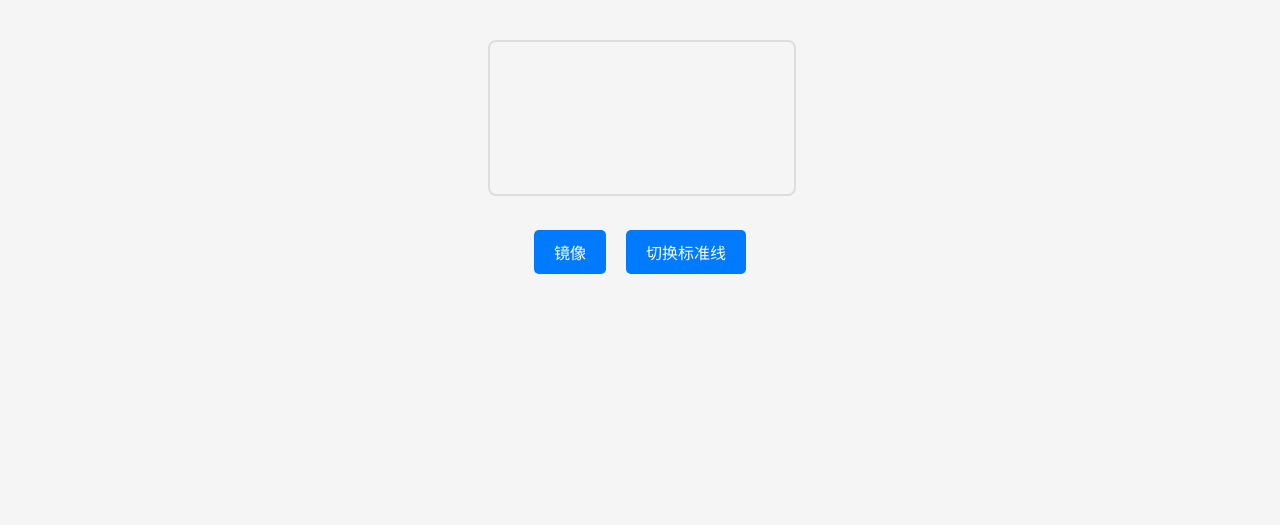
Repository: shasha333333/mirrorOnVue
Page: /
These files come from the project's save history. The page is drawn as it stood at one moment and after the next save; the edit follows.
The browser window is 1280 px wide. The pictures show the whole page.
The page's requests for data from a server got no answer. The project was rebuilt for these pictures with package versions that can differ from the ones it lists, and the page was loaded fresh each time. No one was signed in, and anything a server would have sent is missing. Also part of the build but not shown: vue.config.js.

Above is the page before, as saved 2024-11-18 21:25:49.

### src/App.vue
<template>
  <CameraApp />
</template>

<script>
import CameraApp from './components/CameraApp.vue';

export default {
  name: "App",
  components: {
    CameraApp,
  },
};
</script>

<style>
/* 全局样式可以根据需要调整 */
body {
  margin: 0;
  font-family: Arial, sans-serif;
  background-color: #f5f5f5;
}
</style>

### src/components/CameraApp.vue
<template>
  <div class="camera-app" id="camera-app">
    <div class="camera-container">
      <video
        ref="video"
        :class="{ mirrored: isMirrored }"
        autoplay
        width="100%"
        height="auto"
      ></video>
      <!-- Canvas 用于绘制标准线 -->
      <canvas ref="canvas" class="overlay"></canvas>
    </div>
    <div class="controls">
      <button @click="toggleMirror">镜像</button>
      <button @click="toggleLines">切换标准线</button>
    </div>
  </div>
</template>

<script>
export default {
  data() {
    return {
      showLines: false, // 控制标准线的显示与隐藏
      isMirrored: false, // 控制是否开启镜像
    };
  },
  methods: {
    // 获取摄像头流并开始播放
    async startCamera() {
      try {
        const stream = await navigator.mediaDevices.getUserMedia({ video: true });
        this.$refs.video.srcObject = stream;

        // 等待视频加载后设置 canvas 尺寸
        this.$refs.video.onloadedmetadata = () => {
          this.drawLines();
        };
      } catch (error) {
        console.error("无法访问摄像头:", error);
      }
    },

    // 切换标准线的显示与隐藏
    toggleLines() {
      this.showLines = !this.showLines;
      this.drawLines(); // 在切换时绘制/清除标准线
    },

    // 绘制标准线
    drawLines() {
      const canvas = this.$refs.canvas;
      const context = canvas.getContext("2d");
      const video = this.$refs.video;

      // 确保 canvas 大小与 video 一致
      canvas.width = video.videoWidth;
      canvas.height = video.videoHeight;

      // 清空画布
      context.clearRect(0, 0, canvas.width, canvas.height);

      if (this.showLines) {
        // 设置绘制标准线的样式
        context.strokeStyle = "#007bff"; // 蓝色，50%透明度
        context.lineWidth = 2;

        const fixX = 20; // 修正参数
        const offsetX = 0; // 水平偏移 100px
        const offsetY = 150; // 垂直偏移 50px

        // 画竖直标准线
        context.beginPath();
        context.moveTo(canvas.width / 2 + offsetX, fixX);
        context.lineTo(canvas.width / 2 + offsetX, canvas.height + fixX);
        context.stroke();

        // 画水平标准线
        context.beginPath();
        context.moveTo(0, canvas.height / 2 + offsetY);
        context.lineTo(canvas.width, canvas.height / 2 + offsetY);
        context.stroke();


        // 可以添加更多的标准线样式，如斜线或其他
      }
    },

    // 切换镜像效果
    toggleMirror() {
      this.isMirrored = !this.isMirrored; // 切换镜像状态
    },
  },
  mounted() {
    this.startCamera(); // 组件挂载时启动摄像头
  },
  watch: {
    showLines() {
      this.drawLines(); // 在切换时绘制标准线
    }
  }
};
</script>

<style scoped>
.overlay {
  position: absolute;
  top: 0;
  left: 0;
  pointer-events: none; /* 禁止 Canvas 和视频的交互 */
}
#camera-app {
  text-align: center;
  font-family: Arial, sans-serif;
  padding: 20px;
}

.camera-container {
  position: relative;
  display: inline-block;
}

video {
  border: 2px solid #ddd;
  border-radius: 8px;
  margin: 20px 0;
  object-fit: cover;
}

.mirrored {
  transform: scaleX(-1); /* 实现镜像效果 */
}

button {
  margin: 10px;
  padding: 10px 20px;
  border: none;
  background-color: #007bff;
  color: white;
  font-size: 16px;
  border-radius: 5px;
  cursor: pointer;
}

button:hover {
  background-color: #0056b3;
}
</style>

Loaded but not shown: public/index.html (common file); src/main.js (common file)

After the next save:
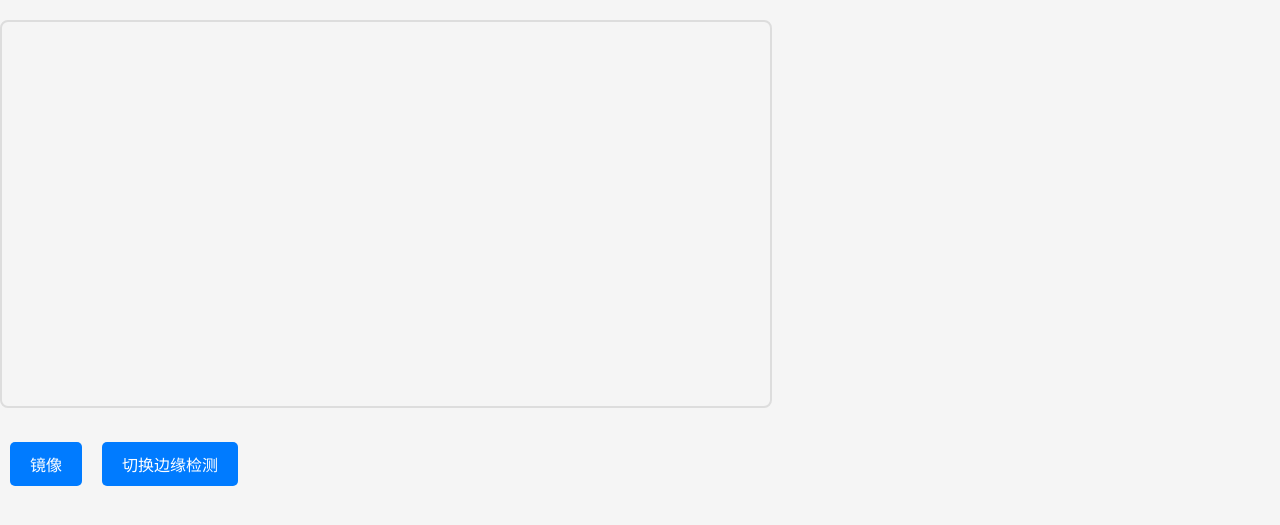
Saved 10 min 50 s later.
--- a/src/components/CameraApp.vue
+++ b/src/components/CameraApp.vue
@@ -1,19 +1,19 @@
 <template>
-  <div class="camera-app" id="camera-app">
+  <div class="camera-app">
     <div class="camera-container">
       <video
         ref="video"
         :class="{ mirrored: isMirrored }"
         autoplay
-        width="100%"
+        width="60%"
         height="auto"
       ></video>
-      <!-- Canvas 用于绘制标准线 -->
+      <!-- Canvas 用于绘制边缘检测结果 -->
       <canvas ref="canvas" class="overlay"></canvas>
     </div>
     <div class="controls">
       <button @click="toggleMirror">镜像</button>
-      <button @click="toggleLines">切换标准线</button>
+      <button @click="toggleEdgeDetection">切换边缘检测</button>
     </div>
   </div>
 </template>
@@ -22,8 +22,8 @@
 export default {
   data() {
     return {
-      showLines: false, // 控制标准线的显示与隐藏
       isMirrored: false, // 控制是否开启镜像
+      edgeDetectionEnabled: false, // 控制边缘检测是否启用
     };
   },
   methods: {
@@ -32,27 +32,28 @@ export default {
       try {
         const stream = await navigator.mediaDevices.getUserMedia({ video: true });
         this.$refs.video.srcObject = stream;
-
-        // 等待视频加载后设置 canvas 尺寸
-        this.$refs.video.onloadedmetadata = () => {
-          this.drawLines();
-        };
+        // 开始绘制视频帧
+        this.drawFrame();
       } catch (error) {
         console.error("无法访问摄像头:", error);
       }
     },
 
-    // 切换标准线的显示与隐藏
-    toggleLines() {
-      this.showLines = !this.showLines;
-      this.drawLines(); // 在切换时绘制/清除标准线
+    // 切换镜像状态
+    toggleMirror() {
+      this.isMirrored = !this.isMirrored;
     },
 
-    // 绘制标准线
-    drawLines() {
+    // 切换边缘检测状态
+    toggleEdgeDetection() {
+      this.edgeDetectionEnabled = !this.edgeDetectionEnabled;
+    },
+
+    // 绘制视频帧并进行边缘检测
+    drawFrame() {
+      const video = this.$refs.video;
       const canvas = this.$refs.canvas;
       const context = canvas.getContext("2d");
-      const video = this.$refs.video;
 
       // 确保 canvas 大小与 video 一致
       canvas.width = video.videoWidth;
@@ -61,45 +62,82 @@ export default {
       // 清空画布
       context.clearRect(0, 0, canvas.width, canvas.height);
 
-      if (this.showLines) {
-        // 设置绘制标准线的样式
-        context.strokeStyle = "#007bff"; // 蓝色，50%透明度
-        context.lineWidth = 2;
+      // 在 canvas 上绘制当前视频帧
+      context.drawImage(video, 0, 0, canvas.width, canvas.height);
 
-        const fixX = 20; // 修正参数
-        const offsetX = 0; // 水平偏移 100px
-        const offsetY = 150; // 垂直偏移 50px
+      if (this.edgeDetectionEnabled) {
+        this.applyEdgeDetection(canvas, context);
+      }
 
-        // 画竖直标准线
-        context.beginPath();
-        context.moveTo(canvas.width / 2 + offsetX, fixX);
-        context.lineTo(canvas.width / 2 + offsetX, canvas.height + fixX);
-        context.stroke();
-
-        // 画水平标准线
-        context.beginPath();
-        context.moveTo(0, canvas.height / 2 + offsetY);
-        context.lineTo(canvas.width, canvas.height / 2 + offsetY);
-        context.stroke();
-
-
-        // 可以添加更多的标准线样式，如斜线或其他
-      }
+      // 使用 requestAnimationFrame 循环更新
+      requestAnimationFrame(this.drawFrame);
     },
 
-    // 切换镜像效果
-    toggleMirror() {
-      this.isMirrored = !this.isMirrored; // 切换镜像状态
+    // 应用边缘检测（使用 Sobel 算子）
+    applyEdgeDetection(canvas, context) {
+      const imageData = context.getImageData(0, 0, canvas.width, canvas.height);
+      const data = imageData.data;
+      const width = canvas.width;
+      const height = canvas.height;
+
+      // Sobel 算子
+      const sobelX = [
+        [-1, 0, 1],
+        [-2, 0, 2],
+        [-1, 0, 1]
+      ];
+      const sobelY = [
+        [-1, -2, -1],
+        [0, 0, 0],
+        [1, 2, 1]
+      ];
+
+      const output = new Uint8ClampedArray(data.length);
+
+      // 遍历每个像素，应用 Sobel 算子
+      for (let y = 1; y < height - 1; y++) {
+        for (let x = 1; x < width - 1; x++) {
+          let pixelX = 0;
+          let pixelY = 0;
+
+          for (let ky = -1; ky <= 1; ky++) {
+            for (let kx = -1; kx <= 1; kx++) {
+              const pixel = this.getPixel(data, width, x + kx, y + ky);
+              pixelX += pixel.r * sobelX[ky + 1][kx + 1];
+              pixelY += pixel.r * sobelY[ky + 1][kx + 1];
+            }
+          }
+
+          const magnitude = Math.sqrt(pixelX * pixelX + pixelY * pixelY);
+
+          const index = (y * width + x) * 4;
+          const color = magnitude > 255 ? 255 : magnitude;
+
+          output[index] = color; // R
+          output[index + 1] = color; // G
+          output[index + 2] = color; // B
+          output[index + 3] = 255; // A
+        }
+      }
+
+      // 将结果放回 canvas
+      imageData.data.set(output);
+      context.putImageData(imageData, 0, 0);
+    },
+
+    // 获取指定像素的 RGB 值
+    getPixel(data, width, x, y) {
+      const index = (y * width + x) * 4;
+      return {
+        r: data[index],
+        g: data[index + 1],
+        b: data[index + 2]
+      };
     },
   },
   mounted() {
     this.startCamera(); // 组件挂载时启动摄像头
   },
-  watch: {
-    showLines() {
-      this.drawLines(); // 在切换时绘制标准线
-    }
-  }
 };
 </script>
 
@@ -115,23 +153,14 @@ export default {
   font-family: Arial, sans-serif;
   padding: 20px;
 }
-
-.camera-container {
-  position: relative;
-  display: inline-block;
-}
-
 video {
   border: 2px solid #ddd;
   border-radius: 8px;
   margin: 20px 0;
-  object-fit: cover;
 }
-
 .mirrored {
   transform: scaleX(-1); /* 实现镜像效果 */
 }
-
 button {
   margin: 10px;
   padding: 10px 20px;
@@ -142,7 +171,6 @@ button {
   border-radius: 5px;
   cursor: pointer;
 }
-
 button:hover {
   background-color: #0056b3;
 }
